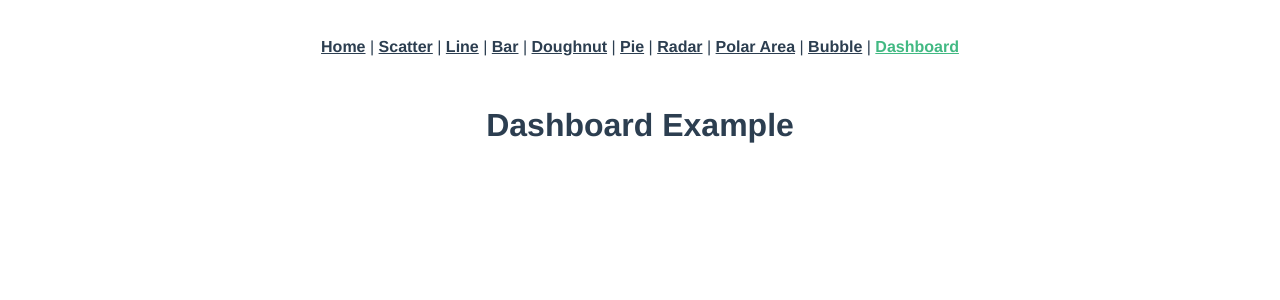
Repository: nashthecoder/vue_learn
Page: /dashboard (app in client/)
These files come from the project's save history. The page is drawn as it stood at one moment and after the next save; the edit follows.
The browser window is 1280 px wide. The pictures show the whole page.
The project was rebuilt for these pictures with package versions that can differ from the ones it lists, and the page was loaded fresh each time. Imported but missing from the stored project, and not drawn on this page: client/src/views/Home.vue.

Above is the page before, as saved 2020-12-16 19:49:57.

### client/public/index.html
<!DOCTYPE html>
<html lang="en">
  <head>
    <meta charset="utf-8">
    <meta http-equiv="X-UA-Compatible" content="IE=edge">
    <meta name="viewport" content="width=device-width,initial-scale=1.0">
    <link rel="icon" href="<%= BASE_URL %>favicon.ico">
    <title>Visualizations</title>
  </head>
  <body>
    <noscript>
      <strong>We're sorry but client doesn't work properly without JavaScript enabled. Please enable it to continue.</strong>
    </noscript>
    <div id="app"></div>
    <!-- built files will be auto injected -->
  </body>
</html>

### client/src/App.vue
<template>
  <div id="app">
    <div id="nav">
      <router-link to="/">Home</router-link> |
      <router-link to="/scatter">Scatter</router-link> |
      <router-link to="/line">Line</router-link> |
      <router-link to="/bar">Bar</router-link> |
      <router-link to="/doughnut">Doughnut</router-link> |
      <router-link to="/pie">Pie</router-link> |
      <router-link to="/radar">Radar</router-link> |
      <router-link to="/polar-area">Polar Area</router-link> |
      <router-link to="/bubble">Bubble</router-link> |
      <router-link to="/dashboard">Dashboard</router-link>
    </div>
    <div class="container">
      <div class="row">
        <div class="col-12">
          <router-view />
        </div>
      </div>
    </div>
  </div>
</template>

<style>
#app {
  font-family: "Avenir", Helvetica, Arial, sans-serif;
  -webkit-font-smoothing: antialiased;
  -moz-osx-font-smoothing: grayscale;
  text-align: center;
  color: #2c3e50;
}
#nav {
  padding: 30px;
}

#nav a {
  font-weight: bold;
  color: #2c3e50;
}

#nav a.router-link-exact-active {
  color: #42b983;
}
</style>

### client/src/router.js
import Vue from "vue";
import VueRouter from "vue-router";
import Home from "./views/Home.vue";

Vue.use(VueRouter);

const routes = [
  {
    path: "/",
    name: "Home",
    component: Home
  },
  {
    path: "/line",
    name: "Line",
    component: () => import("./views/Line.vue")
  },
  {
    path: "/bar",
    name: "Bar",
    component: () => import("./views/Bar.vue")
  },
  {
    path: "/doughnut",
    name: "Doughnut",
    component: () => import("./views/Doughnut.vue")
  },
  {
    path: "/pie",
    name: "Pie",
    component: () => import("./views/Pie.vue")
  },
  {
    path: "/radar",
    name: "Radar",
    component: () => import("./views/Radar.vue")
  },
  {
    path: "/polar-area",
    name: "PolarArea",
    component: () => import("./views/PolarArea.vue")
  },
  {
    path: "/bubble",
    name: "Bubble",
    component: () => import("./views/Bubble.vue")
  },
  {
    path: "/scatter",
    name: "Scatter",
    component: () => import("./views/Scatter.vue")
  },
  {
    path: "/dashboard",
    name: "Dashboard",
    component: () => import("./views/Dashboard.vue")
  }
];
const router = new VueRouter({
  mode: "history",
  base: process.env.BASE_URL,
  routes
});

export default router;

### client/src/views/Dashboard.vue
<template>
  <div class="about">
    <h1>Dashboard Example</h1>
    <v-container>
      <v-card-text></v-card-text>
      <v-card-text></v-card-text>
      <v-card-text></v-card-text>
    </v-container>
  </div>
</template>

Loaded but not shown: client/src/main.js (common file); client/src/registerServiceWorker.js (common file)

After the next save:
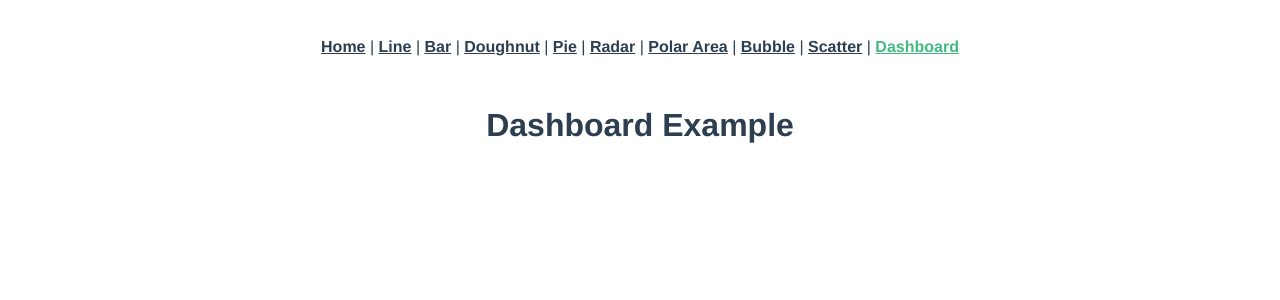
Saved 58 s later.
--- a/client/src/App.vue
+++ b/client/src/App.vue
@@ -2,7 +2,6 @@
   <div id="app">
     <div id="nav">
       <router-link to="/">Home</router-link> |
-      <router-link to="/scatter">Scatter</router-link> |
       <router-link to="/line">Line</router-link> |
       <router-link to="/bar">Bar</router-link> |
       <router-link to="/doughnut">Doughnut</router-link> |
@@ -10,6 +9,7 @@
       <router-link to="/radar">Radar</router-link> |
       <router-link to="/polar-area">Polar Area</router-link> |
       <router-link to="/bubble">Bubble</router-link> |
+      <router-link to="/scatter">Scatter</router-link> |
       <router-link to="/dashboard">Dashboard</router-link>
     </div>
     <div class="container">
